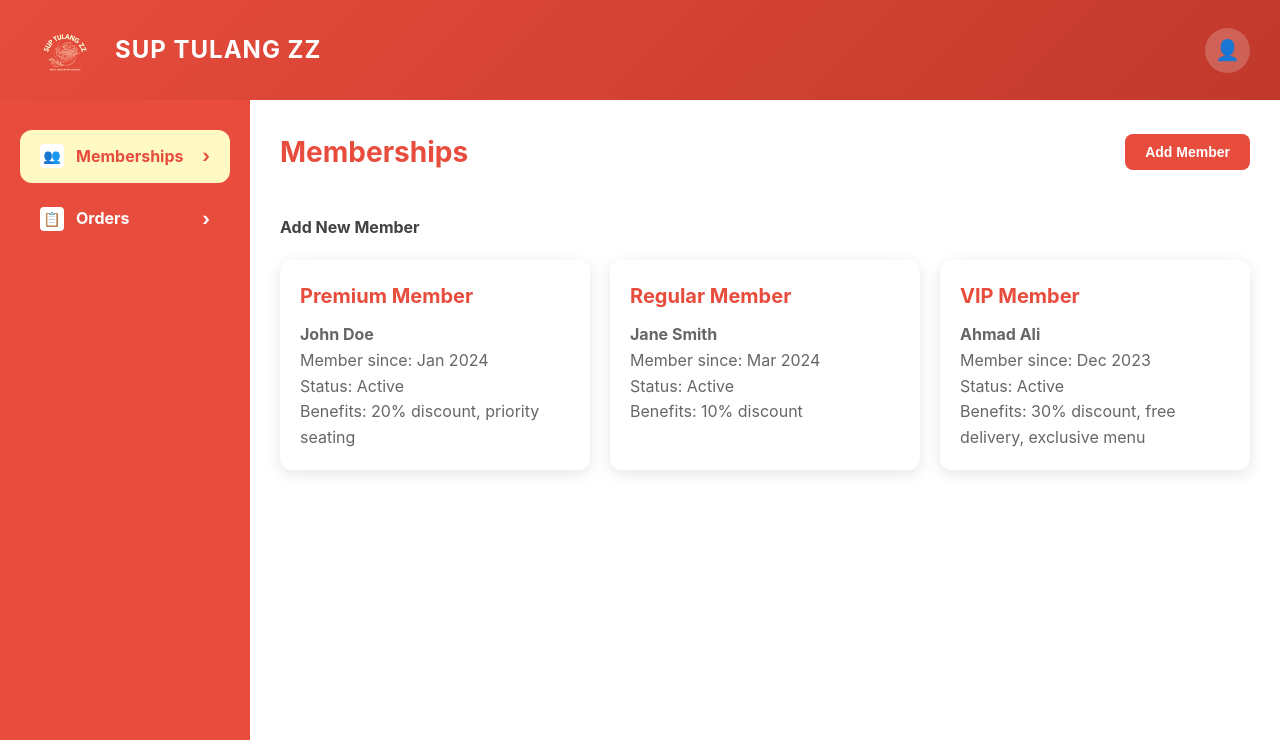
Repository: YIsheng2002/web-frontend
Page: view/Staff/dashboardstaff.html
The author's editor kept a copy of each file at every save. The page is drawn from the files as they stood at one save, then again after the next save.
The browser window is 1280 px wide. The pictures show the whole page.

Above is the page before, as saved 2025-06-12 18:29:58.

After the next save:
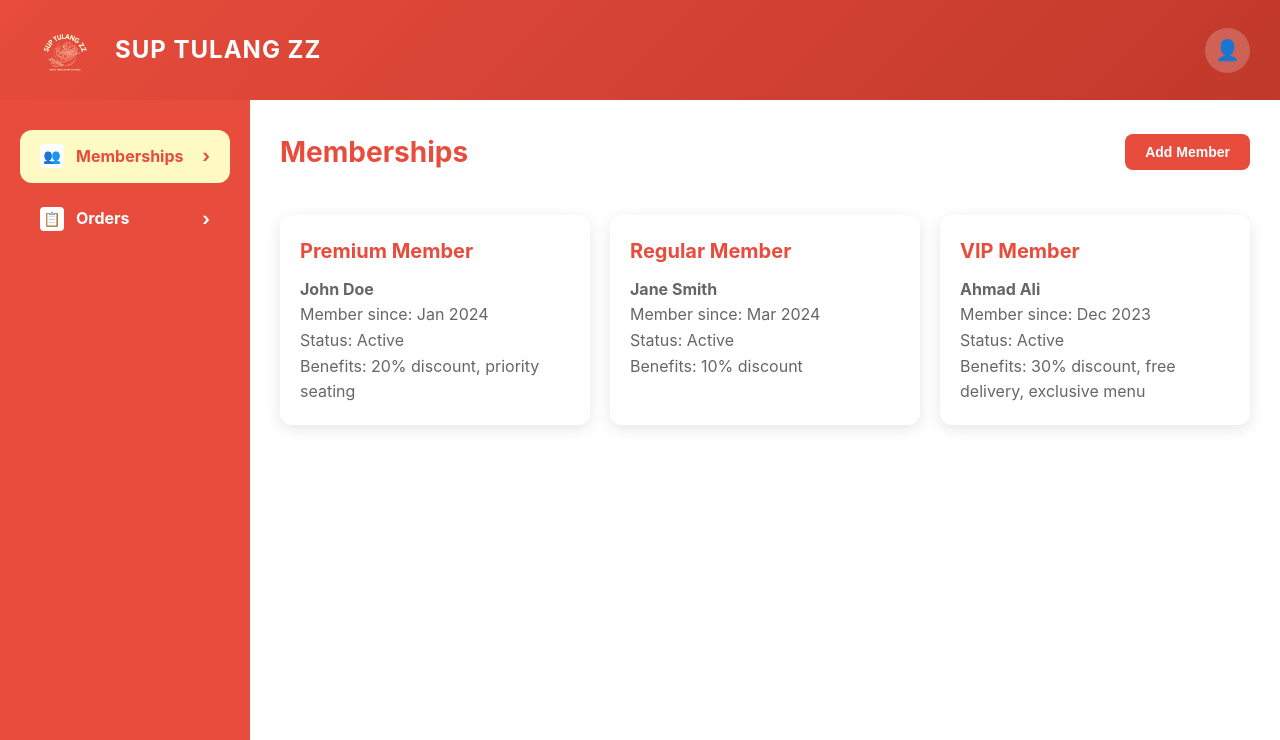
Saved 44 s later.
--- a/view/Staff/dashboardstaff.html
+++ b/view/Staff/dashboardstaff.html
@@ -73,8 +73,6 @@
             </div>
 
             <div id="membershipForm" class="membership-form hidden">
-                <h4>Add New Member</h4>
-
                 <div class="membership-cards">
                     <div class="membership-card">
                         <div class="membership-title">Premium Member</div>
